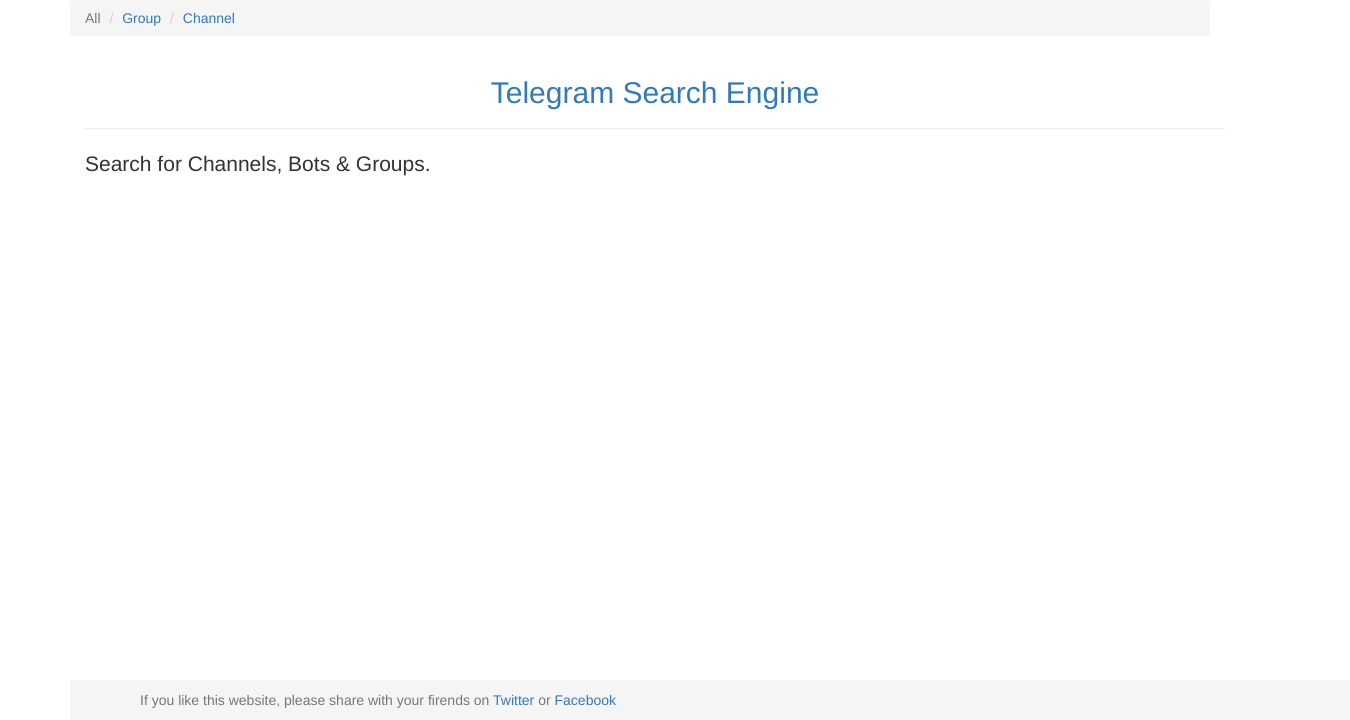
Repository: xtea/xtea.github.io
Page: ts_en.html
An editor plug-in stored every save of this project. The page is shown before and after a run of saves, followed by the edit.
The browser window is 1280 px wide. The page is 1350 px wide, so the pictures cover 1350 px, including what lies to the right of the window. The pictures show the whole page.

Above is the page before, as saved 2024-12-16 23:08:13.

After the next 2 saves:
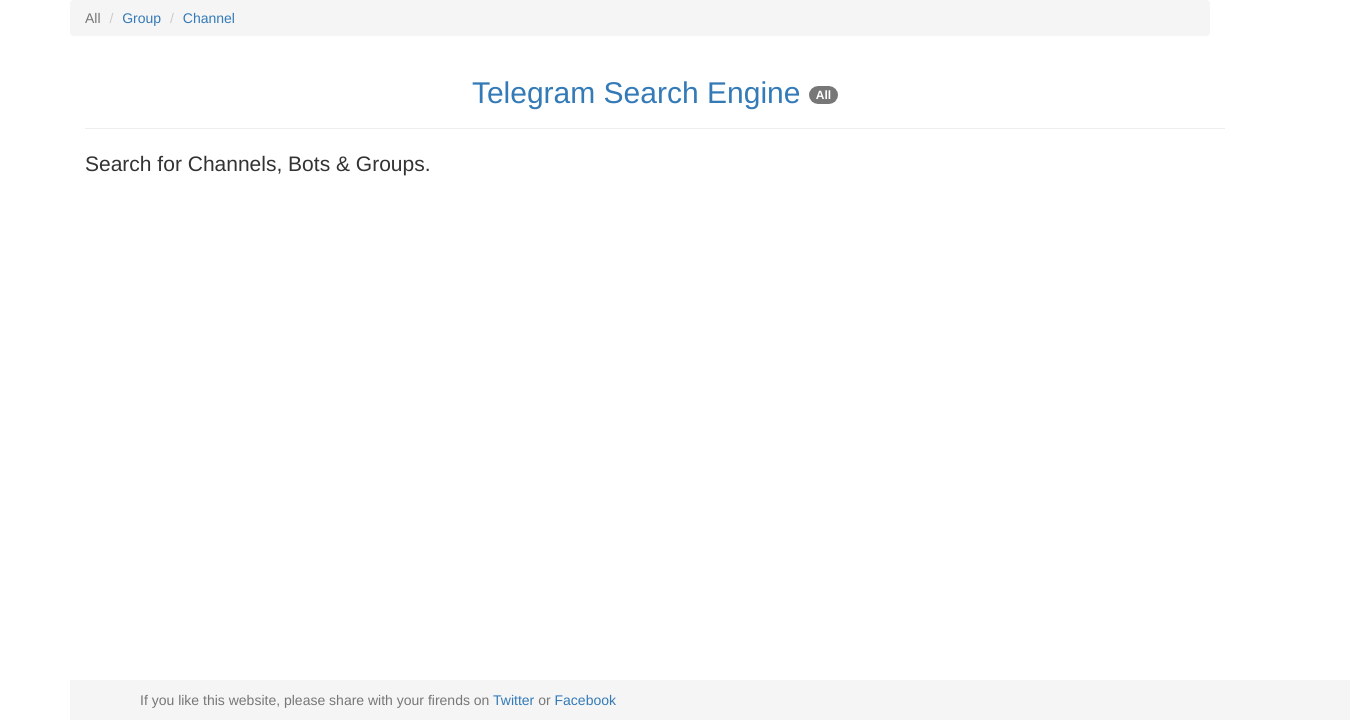
The 2 saves are shown as one change because they came seconds apart.
The last was saved 37 s later.
--- a/ts_en.html
+++ b/ts_en.html
@@ -104,7 +104,10 @@
     <!-- End Google Tag Manager (noscript) -->
     <div class="container">
       <div class="page-header">
-        <h2 class="text-center"><a href="ts_en.html">Telegram Search Engine</a></h2>
+        <h2 class="text-center"><a href="ts_en.html">Telegram Search Engine</a>
+          <span class="badge badge-info" title="Group Only.">All</span>
+
+        </h2>
       </div>
       <p class="lead">
         Search for Channels, Bots & Groups.
